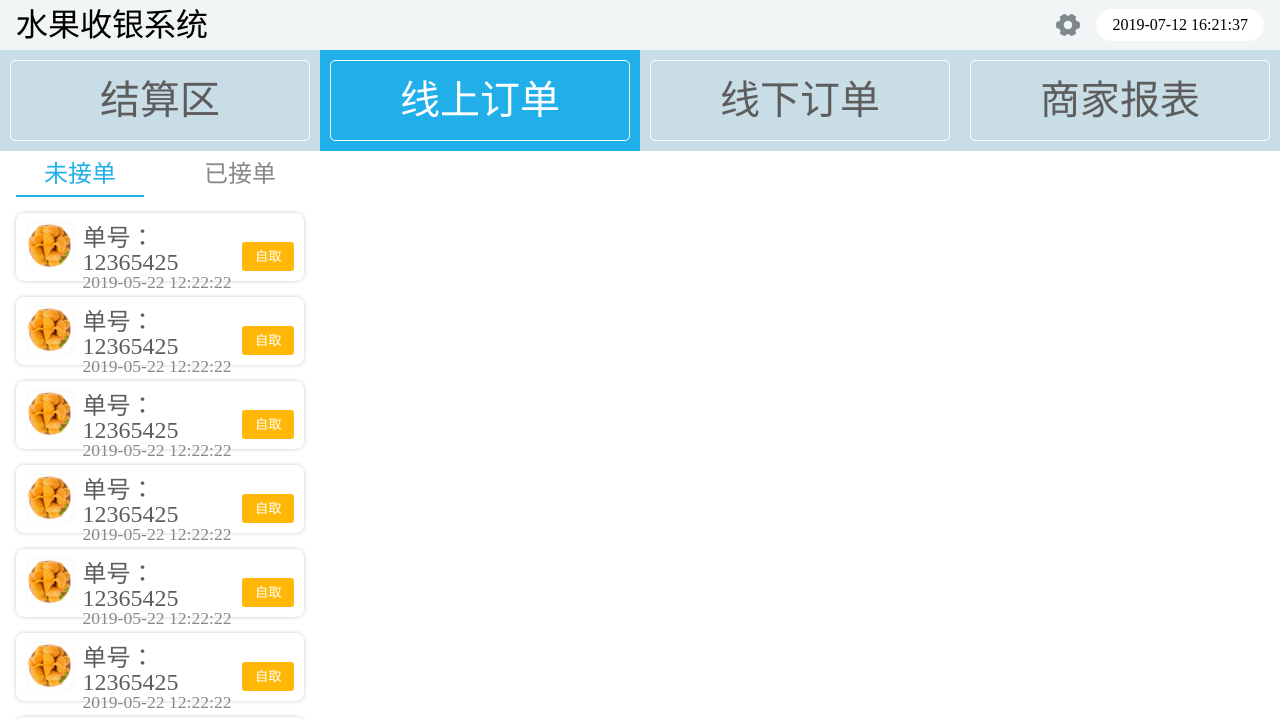
Repository: missing-star/fruit
Page: index.html
An editor plug-in stored every save of this project. The page is shown before and after the next save, followed by the edit.
The browser window is 1280 px wide. The pictures show the whole page.

Above is the page before, as saved 2019-07-12 16:36:45.

### index.html
<!DOCTYPE html>
<html lang="en">

<head>
    <meta charset="UTF-8">
    <meta name="viewport" content="width=device-width, initial-scale=1.0">
    <meta http-equiv="X-UA-Compatible" content="ie=edge">
    <title>水果收银系统</title>
    <link rel="stylesheet" href="./css/index.css">
</head>

<body>
    <div id="app">
        <header class="title-bar">
            <p class="title">水果收银系统</p>
            <div class="right-part-show">
                <img src="./images/setting.png" alt="设置" class="setting-icon">
                <p class="show-current-time">{{currentTime}}</p>
            </div>
        </header>
        <ul class="category-tab">
            <li class="category-item" :class="{active:currentIndex == 0}" @click="switchTab(0)">
                <p class="category-title">结算区</p>
            </li>
            <li class="category-item" :class="{active:currentIndex == 1}" @click="switchTab(1)">
                <p class="category-title">线上订单</p>
            </li>
            <li class="category-item" :class="{active:currentIndex == 2}" @click="switchTab(2)">
                <p class="category-title">线下订单</p>
            </li>
            <li class="category-item" :class="{active:currentIndex == 3}" @click="switchTab(3)">
                <p class="category-title">商家报表</p>
            </li>
        </ul>
        <!-- 结算区 -->
        <div v-show="currentIndex == 0" class="main-content">
            <div class="operation-wrapper">
                <ul class="goods-list-wrapper">
                    <li v-for="n in 10" class="goods-item">
                        <div class="goods-pic-wrapper">
                            <span class="delete-icon pointer"></span>
                            <img src="./images/goods.png" class="goods-pic">
                        </div>
                        <div class="goods-detail">
                            <p class="goods-title">苹果</p>
                            <p class="goods-spec">规格：12元/250g</p>
                            <p class="goods-money">
                                <span class="goods-weight">重量357g</span>
                                <span class="goods-price">
                                    <i class="money-icon black">￥</i>
                                    <i class="money-number black">18</i>
                                </span>
                            </p>
                        </div>
                    </li>
                </ul>
                <div class="calculator-scope">
                    <div class="show-total-money">
                        <p class="total-title">共4件商品</p>
                        <p class="total-money">
                            <span class="money-title">合计</span>
                            <span class="show-money">
                                <i class="money-icon blue">￥</i>
                                <i class="money-number blue">54.00</i>
                            </span>
                        </p>
                    </div>
                    <div class="operation-group">
                        <div class="left-part">
                            <button class="order-list pointer">挂单列表</button>
                            <button class="go-order pointer">挂单</button>
                        </div>
                        <button class="right-part pointer">
                            结算
                        </button>
                    </div>
                </div>
            </div>
            <div class="goods-choice-wrapper">
                <ul class="goods-category-wrapper">
                    <li @click="switchSubTab(n-1)" :class="{active:subCurrentIndex == n-1}" v-for="n in 20"
                        class="goods-category-item pointer">
                        分类
                    </li>
                </ul>
                <ul class="goods-choice-list">
                    <li v-for="n in 20" class="goods-choice-item">
                        <img src="./images/goods.png" class="goods-show-pic">
                        <p class="goods-desc">
                            <span class="goods-name">小泰芒</span>
                            <span class="price-weight">23元 / 250g</span>
                        </p>
                    </li>
                </ul>
            </div>
        </div>
        <div v-show="currentIndex == 1" class="main-content">
            <div class="operation-wrapper">
                <ul class="tab-wrapper">
                    <li @click="switchOnlineTab(0)" :class="{active:onlineCurrentIndex == 0}" class="tab-item pointer">
                        未接单</li>
                    <li @click="switchOnlineTab(1)" :class="{active:onlineCurrentIndex == 1}" class="tab-item pointer">
                        已接单</li>
                </ul>
                <div class="order-list-wrapper">
                    <ul v-show="onlineCurrentIndex == 0" class="accept-wrapper">
                        <li v-for="n in 20" class="order-item" :class="{activ:currentOrder == n}">
                            <img src="./images/goods.png" class="order-goods-pic">
                            <div class="order-detail">
                                <p class="order-number">单号：12365425</p>
                                <p class="order-date">2019-05-22 12:22:22</p>
                            </div>
                            <button class="post-way self">自取</button>
                        </li>
                    </ul>
                    <ul v-show="onlineCurrentIndex == 1" class="accept-wrapper">

                    </ul>
                </div>
            </div>
            <div class="goods-choice-wrapper">

            </div>
        </div>
        <div v-show="currentIndex == 2" class="main-content">

        </div>
        <div v-show="currentIndex == 3" class="main-content">

        </div>
    </div>
    <script src="https://cdn.bootcss.com/vue/2.6.10/vue.js"></script>
    <script src="./js/index.js"></script>
</body>

</html>

### css/index.css
html,body,div#app{
    height: 100%;
    background: #FFFFFF;
    min-width: 1200px;
}
body{
    font-size: calc(100vw / 19.2);
}
*{
    padding: 0;
    margin: 0;
    list-style: none;
    box-sizing: border-box;
    line-height: 100%;
    color: #000000;
    font-style: normal;
}
header.title-bar {
    background: #F2F5F6;
    padding: 1rem;
    height: 7%;
    display: flex;
    align-items: center;
    justify-content: space-between;
}
p.title {
    font-size: 2rem;
}
.right-part-show {
    display: flex;
    align-items: center;
    justify-content: space-around;
}
img.setting-icon {
    width: 1.5rem;
    margin-right: 1rem;
    cursor: pointer;
}
p.show-current-time {
    font-size: 1rem;
    background: #FFFFFF;
    padding: 0.5rem 1rem;
    border-radius: 10rem;
}
ul.category-tab {
    width: 100%;
    height: 14%;
    display: flex;
    align-items: center;
    justify-content: space-around;
    background: #C8DDE5;
}
li.category-item{
    width: 100%;
    height: 100%;
    display: flex;
    align-items: center;
    justify-content: center;
    padding: 10px;
    cursor: pointer;
}
li.category-item p.category-title {
    color: #5D5D5D;
    border: 1px solid #FFFFFF;
    border-radius: 5px;
    width: 100%;
    height: 100%;
    display: flex;
    align-items: center;
    justify-content: center;
    white-space: nowrap;
    font-size: 2.5rem;
}
li.category-item.active{
    background: #21AFE9;
}
li.category-item.active p.category-title{
    color: #FFFFFF;
}
.pointer{
    cursor: pointer;
}
.main-content {
    height: 79%;
    display: flex;
}
.operation-wrapper {
    width: 25%;
    height: 100%;
}
li.goods-item {
    height: 13vh;
    box-shadow: 0px 0px 4px 0px rgba(0,0,0,0.2);
    border-radius: 10px;
    margin: 1rem 0;
    display:flex;
}
.goods-pic-wrapper {
    position: relative;
    height: 100%;
    width: 30%;
    padding: 1rem;
}
img.goods-pic {
    width: 100%;
    height: auto;
}
ul.goods-list-wrapper {
    height: 75%;
    overflow: auto;
    padding: 0.5rem;
}
.calculator-scope {
    height: 25%;
}
span.delete-icon {
    width: 1.5rem;
    height: 1.5rem;
    background: url(../images/delete.png) no-repeat;
    background-size: 100% 100%;
    display: block;
    position: absolute;
    left: 0.5rem;
    top: 0.5rem;
}
.goods-detail {
    width: 70%;
    height: 100%;
}
p.goods-title {
    color: #000000;
    font-size: 2rem;
}
p.goods-spec {
    color: #6B6B6B;
    font-size: 1.2rem;
}
p.goods-money {
    display: flex;
    align-items: center;
    justify-content: space-between;
}
span.goods-weight {
    color: #FE7204;
    font-size: 1.5rem;
}
span.goods-price {
    font-size: 1.5rem;
}
.goods-detail {
    width: 70%;
    height: 100%;
    display: flex;
    flex-direction: column;
    justify-content: space-between;
    padding: 1rem;
}
i.money-number {
    font-size: 1.8rem;
}
i.money-icon {
    font-size: 1rem;
}
i.money-number.blue,i.money-icon.blue{
    color: #21AFE9;
}

.calculator-scope {
    border-top: 2px solid rgba(242,245,246,1);
    padding: 1rem;
}
div.show-total-money {
    background: rgba(242,245,246,1);
    display: flex;
    align-items: center;
    justify-content: space-between;
    font-size: 1.2rem;
    height: 30%;
    padding: 1rem;
    border-radius: 0.5rem;
    box-shadow:0px 1px 4px 0px rgba(0,0,0,0.2);
}
.operation-group {
    display: flex;
    align-items: center;
    justify-content: space-between;
    height: 70%;
    padding-top: 1rem;
}
p.total-title {
    color: #5D5D5D;
}
span.money-title {
    color: #333333;
}
button.order-list.pointer {
    background: #FFC639;
    outline: 0;
    border: none;
    color: #FFFFFF;
    width: 100%;
    height: 40%;
}
.left-part {
    width: 55%;
    height: 100%;
    display: flex;
    flex-direction: column;
    align-items: flex-start;
    justify-content: space-between;
}
button.order-list.pointer,button.go-order.pointer {
    border-radius: 0.5rem;
    background: #FFC639;
    outline: 0;
    border: none;
    color: #FFFFFF;
    width: 85%;
    height: 44%;
    font-size: 1.5rem;
}
button.go-order.pointer {
    background: #FF7A05;
}
.right-part {
    background: #21AFE9;
    border-radius: 0.5rem;
    color: #FFFFFF;
    font-size: 2rem;
    width: 45%;
    height: 100%;
    display: flex;
    align-items: center;
    justify-content: center;
    outline: 0;
    border:none;
}
ul.goods-category-wrapper {
    height: 100%;
    overflow: auto;
}
.goods-choice-wrapper {
    width: 75%;
    display: flex;
}
ul.goods-category-wrapper {
    width: 15%;
    height: 100%;
    overflow: auto;
}
li.goods-category-item {
    font-size: 1.5rem;
    display: flex;
    align-items: center;
    justify-content: center;
    height: 4rem;
    background: #EAEFF1;
    color: #5D5D5D;
    border-bottom: 2px solid #FFFFFF;
}
li.goods-category-item.active{
    background: #21AFE9;
    color: #FFFFFF;
}
ul.goods-choice-list {
    height: 100%;
    overflow: auto;
    width: 85%;
    background: #F2F5F6;
    display: flex;
    flex-wrap: wrap;
}
img.goods-show-pic {
    width: 100%;
}
li.goods-choice-item {
    width: 25%;
    margin: 2% calc(25% / 6);
    background: #FFFFFF;
    border-radius: 1rem;
    padding: 1rem;
}
p.goods-desc {
    display: flex;
    flex-direction: column;
    padding: 0 1rem;
}
span.goods-name {
    color: #333333;
    font-size: 2rem;
    margin-bottom: 1rem;
}
span.price-weight {
    color: #888888;
    font-size: 1.3rem;
}
ul::-webkit-scrollbar {
    height: 0;
    width: 4px;
}
ul::-webkit-scrollbar {
    width: 5px; /*对垂直流动条有效*/
    height: 0px; /*对水平流动条有效*/
}

/*定义滚动条的轨道颜色、内阴影及圆角*/
ul::-webkit-scrollbar-track{
    background-color: #FFFFFF;
    border-radius: 3px;
}


/*定义滑块颜色、内阴影及圆角*/
ul::-webkit-scrollbar-thumb{
    border-radius: 7px;
    background-color: #aaa;
}
ul.tab-wrapper{
    width: 100%;
    height: 8%;
    font-size: 1.5rem;
    display: flex;
    align-items: center;
    justify-content: space-around;
}
li.tab-item{
    color: #888888;
    position: relative;
    width: 50%;
    text-align:center;
    height: 100%;
    display: flex;
    align-items: center;
    justify-content: center;
}
li.tab-item.active{
    color: #21AFE9;
}
li.tab-item.active:after{
    content: '';
    width: 80%;
    height: 2px;
    background: #21AFE9;
    position: absolute;
    bottom: 0;
    left: 10%;
}
.order-list-wrapper {
    height: 92%;
}
ul.accept-wrapper {
    width: 100%;
    height: 100%;
    overflow: auto;
}
li.order-item {
    display: flex;
    align-items: center;
    justify-content: space-between;
    height: 13%;
    font-size: 1rem;
    box-shadow: 0px 0px 4px 0px rgba(0,0,0,0.2);
    border-radius: 0.5rem;
    margin: 1rem;
    padding: 0.6rem;
}
img.order-goods-pic{
    height: 100%;
}
button.post-way {
    align-self: flex-end;
    border: none;
    outline: 0;
    color: #FFFFFF;
    padding: 0.5rem 0.8rem;
    border-radius: 0.2rem;
}
button.post-way.self{
    background: #FFB807;
}
p.order-number {
    color: #5D5D5D;
    font-size: 1.5rem;
}
p.order-date {
    color: #888888;
    font-size: 1.1rem;
}
.order-detail {
    flex: 1;
    height: 85%;
    display: flex;
    align-items: flex-start;
    padding-left: 0.5rem;
    justify-content: space-around;
    flex-direction: column;
}
li.order-item.active{
    background: #C8DDE5;
}

### js/index.js
new Vue({
    el: '#app',
    data: {
        currentTime: '0000-00-00 00:00:00',
        currentIndex:1,
        subCurrentIndex:0,
        onlineCurrentIndex:0,
        currentOrder:1
    },
    methods: {
        getCurrentTime: function () {
            var date = new Date();
            var year = date.getFullYear();
            var month = (date.getMonth() + 1) < 10 ? '0' + (date.getMonth() + 1) : (date.getMonth() + 1);
            var day = date.getDate() < 10 ? '0' + date.getDate() : date.getDate();
            var hour = date.getHours() < 10 ? '0' + date.getHours() : date.getHours();
            var minute = date.getMinutes() < 10 ? '0' + date.getMinutes() : date.getMinutes();
            var second = date.getSeconds() < 10 ? '0' + date.getSeconds() : date.getSeconds();
            this.currentTime = year + '-' + month + '-' + day + ' ' + hour + ':' + minute + ':' + second;
        },
        switchTab:function(index) {
            if(this.currentIndex != index) {
                this.currentIndex = index;
            }
        },
        switchSubTab:function(index) {
            if(this.subCurrentIndex != index) {
                this.subCurrentIndex = index;
            }
        },
        switchOnlineTab:function(index) {
            if(this.onlineCurrentIndex != index) {
                this.onlineCurrentIndex = index;
            }
        }
    },
    created: function () {
        var vm = this;
        vm.getCurrentTime();
        setInterval(function(){
            vm.getCurrentTime();
        }, 1000);
    }
});

After the next save:
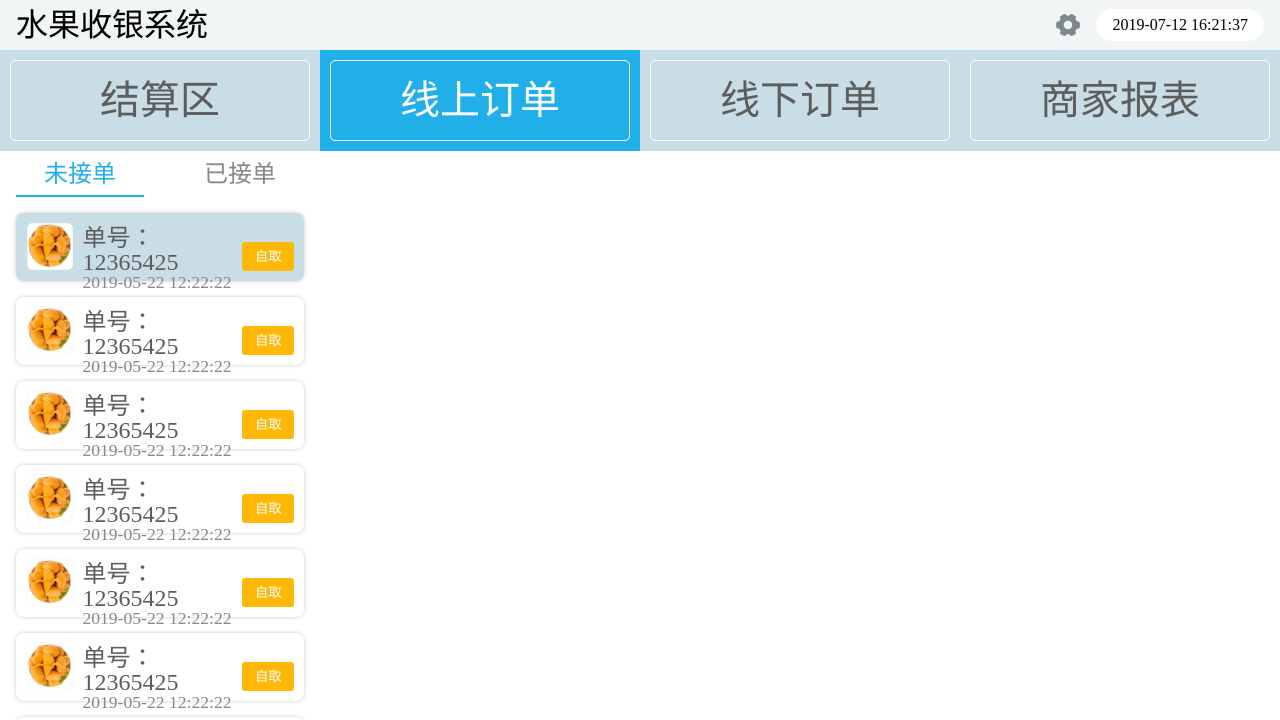
Saved 19 s later.
--- a/index.html
+++ b/index.html
@@ -104,7 +104,7 @@
                 </ul>
                 <div class="order-list-wrapper">
                     <ul v-show="onlineCurrentIndex == 0" class="accept-wrapper">
-                        <li v-for="n in 20" class="order-item" :class="{activ:currentOrder == n}">
+                        <li v-for="n in 20" class="order-item pointer" :class="{active:currentOrder == n}">
                             <img src="./images/goods.png" class="order-goods-pic">
                             <div class="order-detail">
                                 <p class="order-number">单号：12365425</p>
